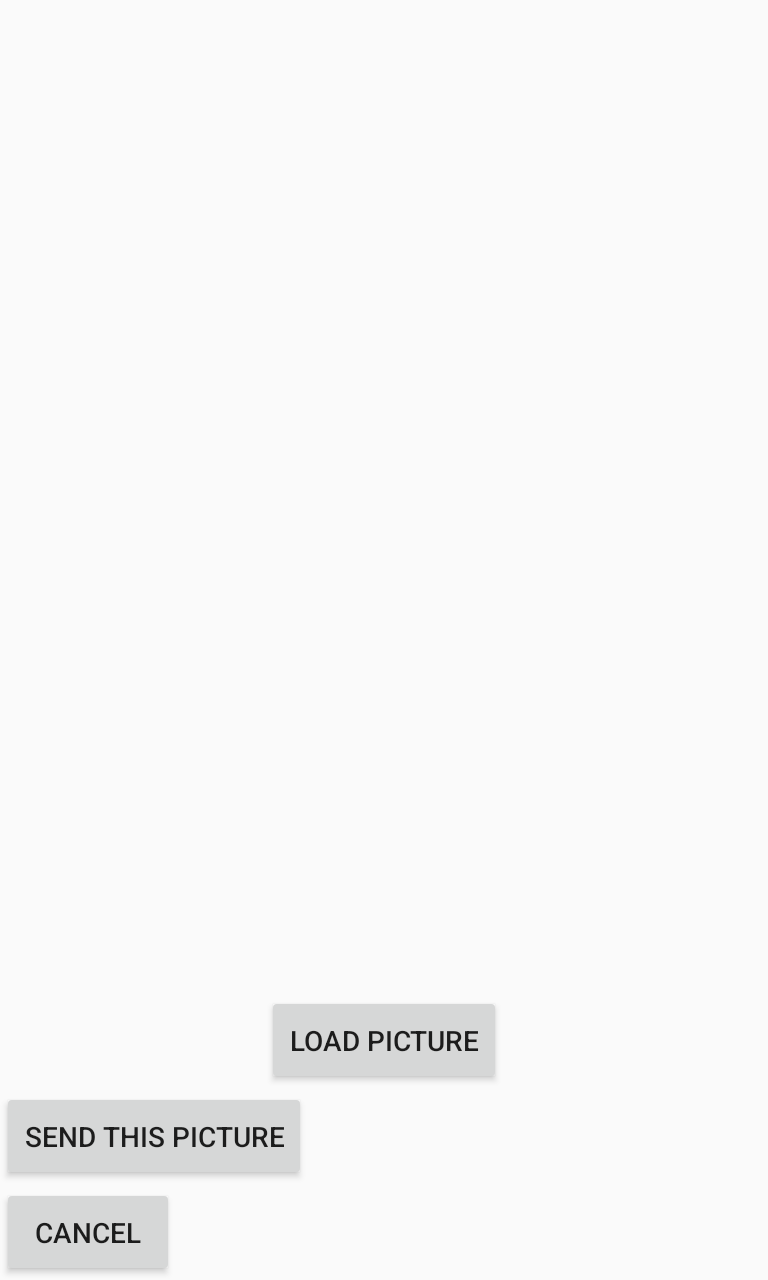
Repository: fareehaamjad/SMI-Image-Sharing-Application
Layout: SecurePictureTransfer/res/layout/activity_main.xml
These files come from the project's save history. The layout is drawn as it stood at one moment and after the next save; the edit follows.
It is drawn on a 768 x 1280 px phone screen (xhdpi) without system bars, with theme AppTheme; the app's code is not run.

Above is the layout before, as saved 2014-04-22 09:43:42.

After the next save:
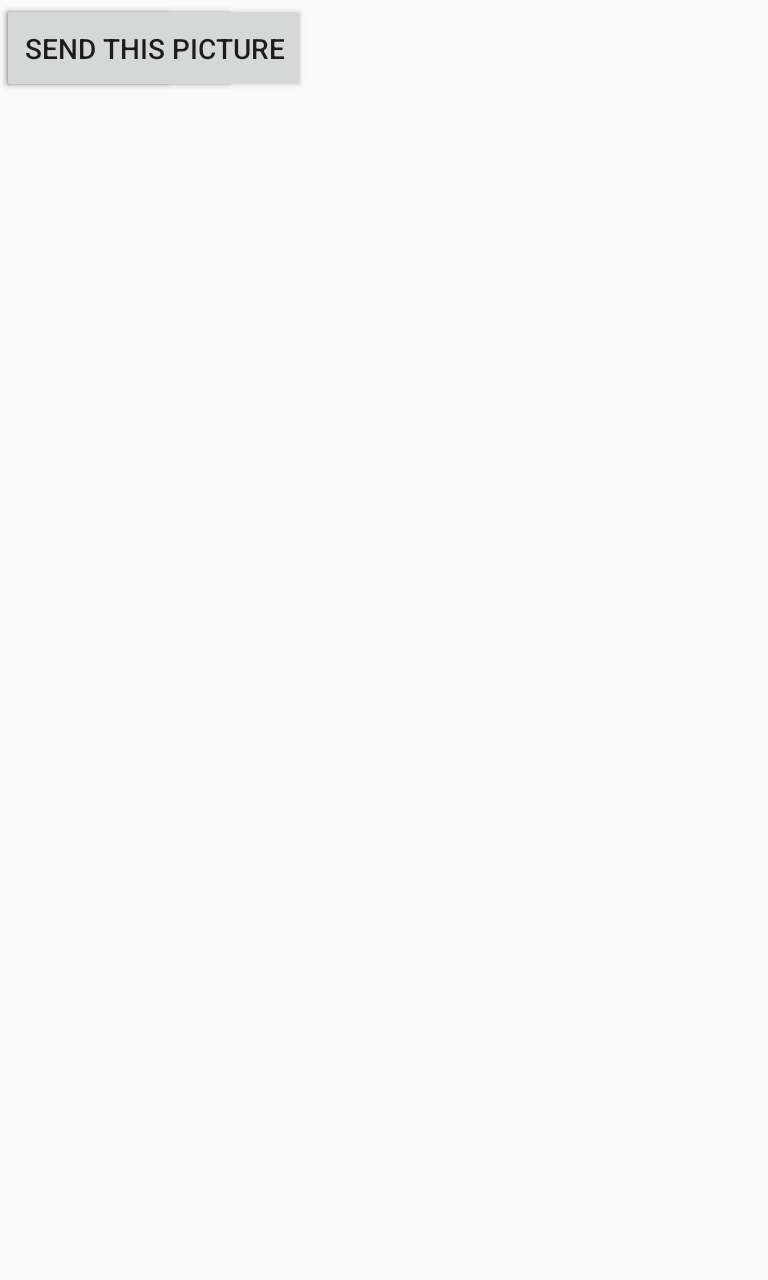
Saved 31 s later.
--- a/SecurePictureTransfer/res/layout/activity_main.xml
+++ b/SecurePictureTransfer/res/layout/activity_main.xml
@@ -1,5 +1,5 @@
 <?xml version="1.0" encoding="utf-8"?>
-<LinearLayout xmlns:android="http://schemas.android.com/apk/res/android"
+<RelativeLayout xmlns:android="http://schemas.android.com/apk/res/android"
     android:orientation="vertical"
     android:layout_width="fill_parent"
     android:layout_height="fill_parent"
@@ -17,17 +17,17 @@
 			android:layout_gravity="center"></Button>
 
 	<Button
+	    android:id="@+id/cancel"
+	    android:layout_width="wrap_content"
+	    android:layout_height="wrap_content"
+	    android:layout_weight="0"
+	    android:text="Cancel" />
+
+	<Button
 	    android:id="@+id/send"
 	    android:layout_width="wrap_content"
 	    android:layout_height="wrap_content"
 	    android:layout_weight="0"
 	    android:text="Send this Picture" />
 
-	<Button
-	    android:id="@+id/cancel"
-	    android:layout_width="wrap_content"
-	    android:layout_height="wrap_content"
-	    android:layout_weight="0"
-	    android:text="Cancel" />
-
-</LinearLayout>
+</RelativeLayout>
